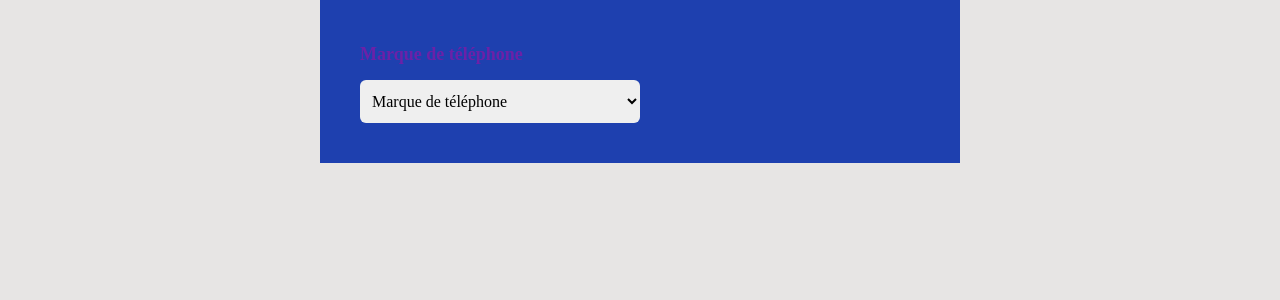
Repository: darlino/gotyu_shopify_section
Page: product_select220223/index.html
These files come from the project's save history. The page is drawn as it stood at one moment and after the next save; the edit follows.
The browser window is 1280 px wide. The pictures show the whole page.
Some web fonts or font styles are not loaded; a fallback is used. Some web libraries are served in a nearby version.

Above is the page before, as saved 2023-02-22 18:20:45.

After the next save:
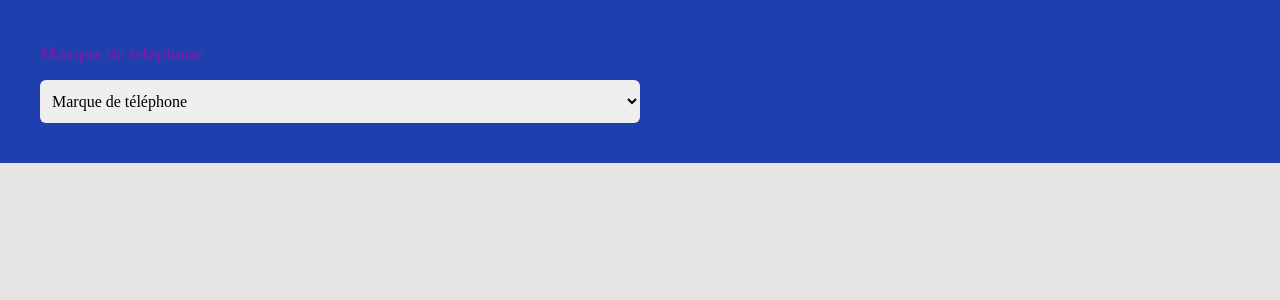
Saved 11 s later.
--- a/product_select220223/index.html
+++ b/product_select220223/index.html
@@ -17,7 +17,7 @@
   <body>
     <section id="product_select220223">
       <div class="flex flex-col max-w-[1300px] bg-stone-200 h-screen mx-auto">
-        <div class="flex bg-blue-800 flex-col w-1/2 space-y-3 mx-auto p-10">
+        <div class="flex bg-blue-800 flex-col w-full space-y-3 mx-auto p-10">
           <p class="text-lg font-bold text-left text-purple-800">
             Marque de téléphone
           </p>
